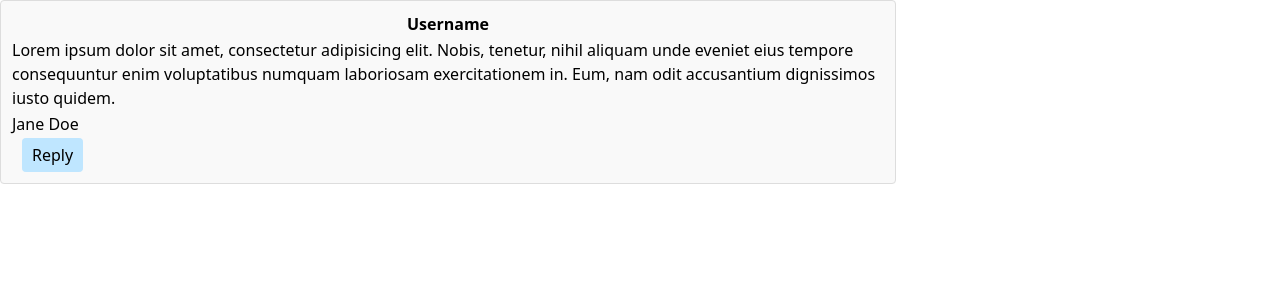
Repository: Yahya9102/Java22-ux22-Sideproject-main
Page: /
The author's editor kept a copy of each file at every save. The page is drawn from the files as they stood at one save, then again after a run of saves.
The browser window is 1280 px wide. The pictures show the whole page.
The project was rebuilt for these pictures with package versions that can differ from the ones it lists, and the page was loaded fresh each time. The framework's server and built-in components were replaced by stand-ins that run in the browser. Also part of the build but not shown: next.config.js.

Above is the page before, as saved 2023-04-13 10:18:44.

After the next 2 saves:
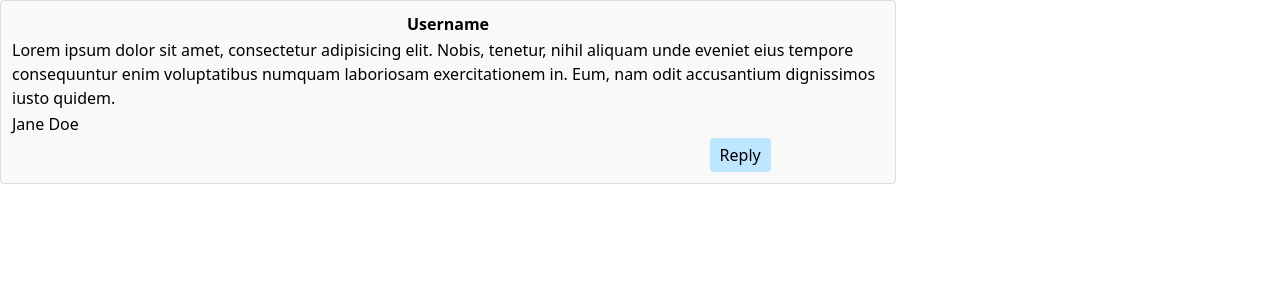
The 2 saves are shown as one change because they came seconds apart.
The last was saved 19 s later.
--- a/p-components/styles/body.module.css
+++ b/p-components/styles/body.module.css
@@ -11,5 +11,5 @@
   background-color: #bfe6ff;
   border-radius: 4px;
   padding: 5px 10px;
-  margin-left: 10px;
+  margin-left: 80%;
 }
